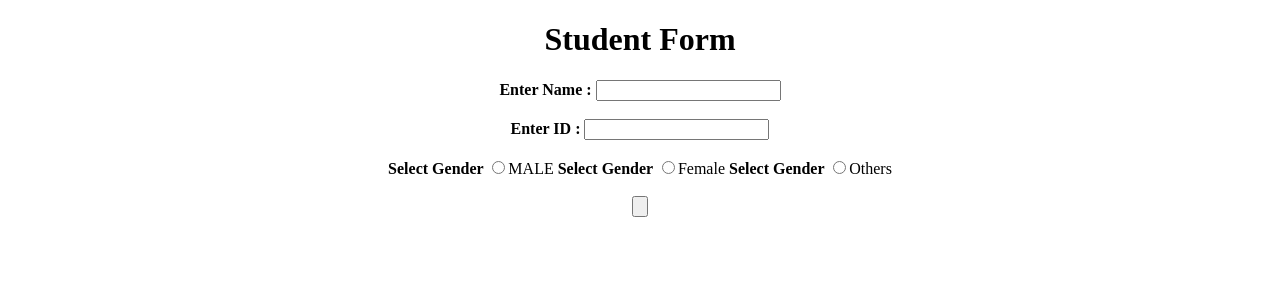
Repository: VIJAYkollu-7568/rakhi
Page: ServletProject/src/main/webapp/form.html
An editor plug-in stored every save of this project. The page is shown before and after the next save, followed by the edit.
The browser window is 1280 px wide. The pictures show the whole page.

Above is the page before, as saved 2024-11-05 13:59:24.

After the next save:
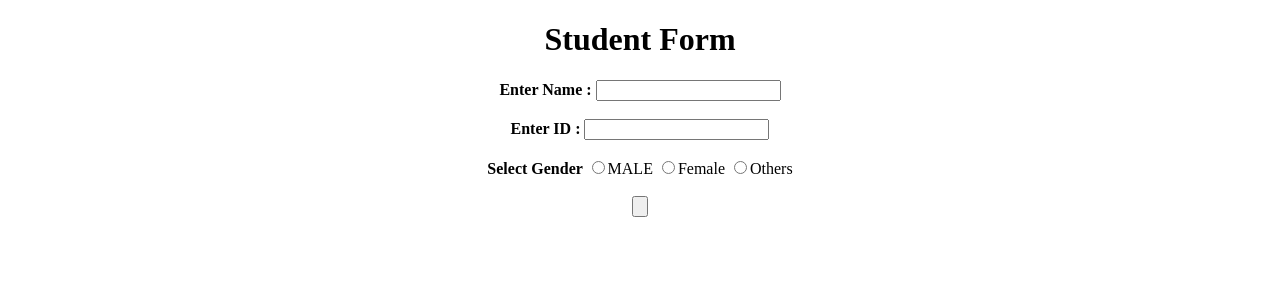
Saved 20 s later.
--- a/ServletProject/src/main/webapp/form.html
+++ b/ServletProject/src/main/webapp/form.html
@@ -12,8 +12,8 @@
 <b>Enter ID : </b><input type="text" name="102">
 <br><br>
 <b> Select Gender </b><input type="radio" name="103">MALE
-<b> Select Gender </b><input type="radio" name="104">Female
-<b> Select Gender </b><input type="radio" name="105">Others
+</b><input type="radio" name="104">Female
+</b><input type="radio" name="105">Others
 <br>
 <br>
 <input type="button" name="submit">
